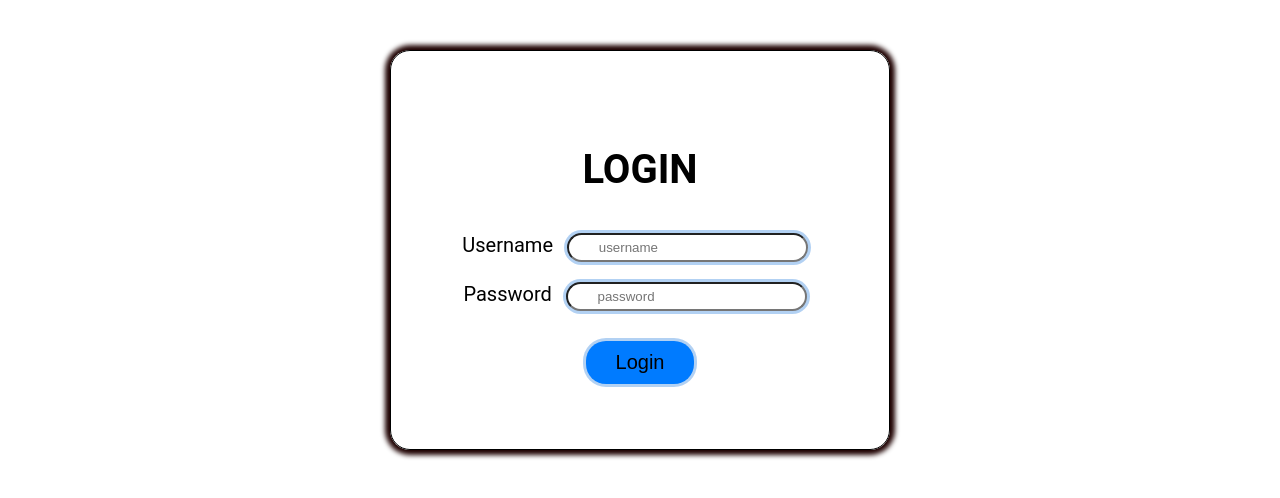
Repository: huyna1707/learning-git
Page: index.html
These files come from the project's save history. The page is drawn as it stood at one moment and after the next save; the edit follows.
The browser window is 1280 px wide. The pictures show the whole page.
The pointer rests on the first visible `form button`.

Above is the page before, as saved 2024-08-09 23:33:45.

### index.html
<!DOCTYPE html>
<html>
<head>
    <title>Form Login</title>
    <link rel="stylesheet" href="style.css">
    <script defer src="main.js"></script>
</head>
<body>
    <form action="menu">
        <h4>LOGIN</h4>
        <div class="user">
            <label for="username">Username</label>
            <input type="text" placeholder="username" id="username">
        </div>
        <div class="pass">
            <label for="passworld">Password</label>
            <input type="password" placeholder="password" id="password">
        </div>
        <button type="button" onclick="login()">Login</button>
    </form>
</body>
</html>

### style.css
*{
    margin: 0;
    padding: 0;
    box-sizing: border-box;
}

html{
    font-size: 15px;
    font-family: 'Roboto', sans-serif;
    display: flex;
    justify-content: center;
    align-items: center;
}

form{
    width: 500px;
    height: 400px;
    display: flex;
    flex-direction: column;
    justify-content: center;
    align-items: center;
    margin: 50px 0;
    border: 1px solid black;
    border-radius: 20px;
    box-shadow: rgb(30, 0, 0) 0 0 5px 5px;
}

form h4{
    font-size: 40px;
    font-weight: 600;
    margin: 30px;;
}
form label{
    font-size : 20px;
}
form input{
    border-radius: 20px;
    padding: 5px 30px;
    box-shadow: rgba(3, 102, 214, 0.3) 0px 0px 0px 3px;
    margin : 10px;
}

form button{
    border: none;
    border-radius: 20px;
    font-size: 20px;
    padding: 10px 30px;
    background-color: #007bff;
    color: white;
    box-shadow: rgba(3, 102, 214, 0.3) 0px 0px 0px 3px;
    margin-top : 20px;
}

form button:hover{
    color: black;
    padding: 10 40px;
    transition: 0.3s ease;
}

### main.js
// window.prompt('What is your name?');

After the next save:
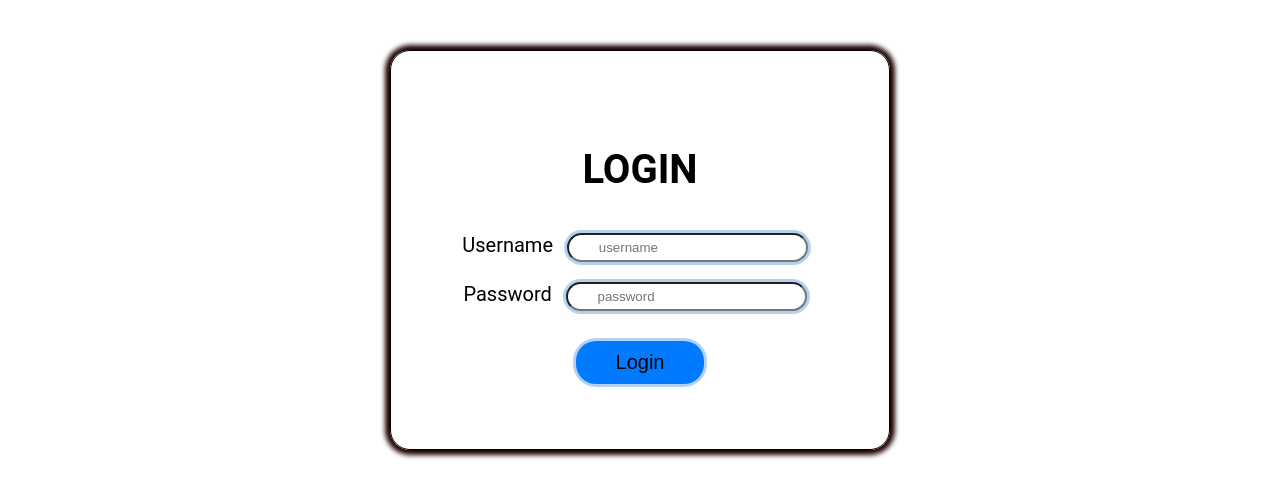
Saved 5 s later.
--- a/style.css
+++ b/style.css
@@ -53,6 +53,6 @@ form button{
 
 form button:hover{
     color: black;
-    padding: 10 40px;
+    padding: 10px 40px;
     transition: 0.3s ease;
 }
